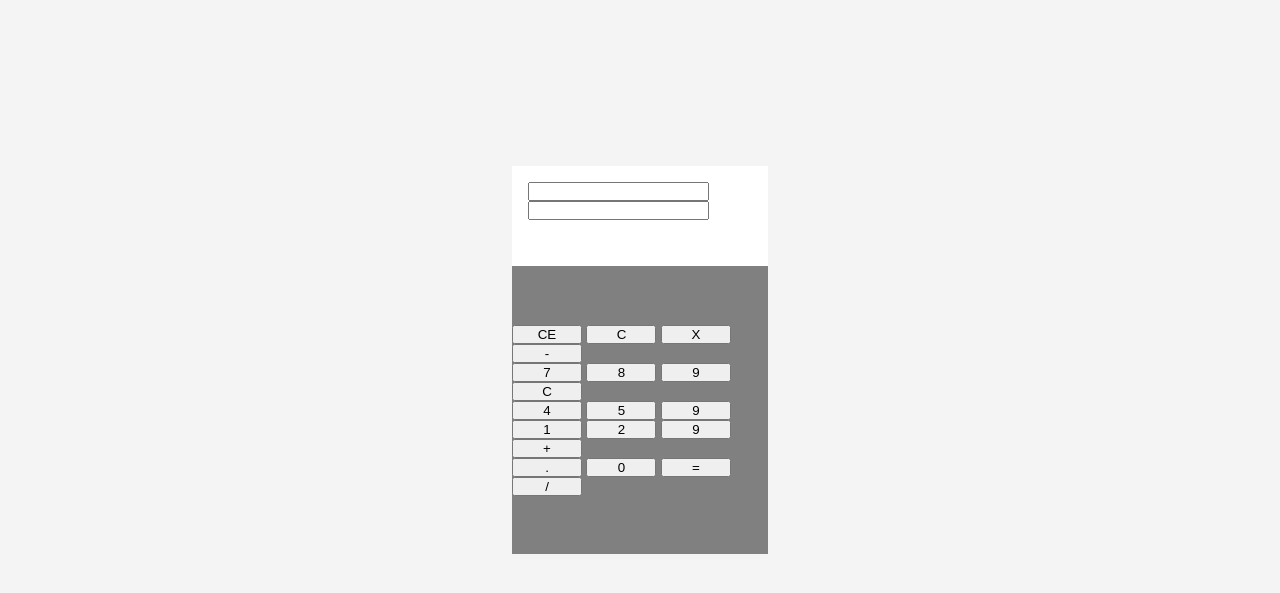
Repository: DNature/calc
Page: index.html
The author's editor kept a copy of each file at every save. The page is drawn from the files as they stood at one save, then again after the next save.
The browser window is 1280 px wide. The pictures show the whole page.

Above is the page before, as saved 2019-11-20 23:26:27.

After the next save:
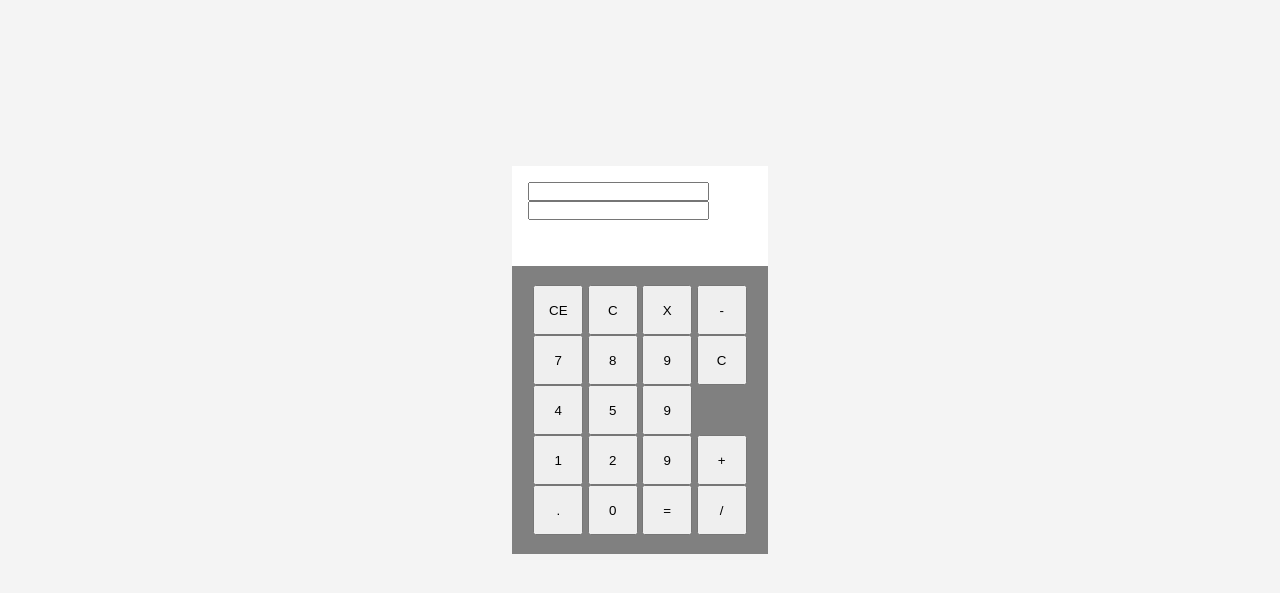
Saved 10 s later.
--- a/css/style.css
+++ b/css/style.css
@@ -36,5 +36,6 @@
 }
 
 .button {
-  width: 70px;
+  width: 50px;
+  height: 50px;
 }
